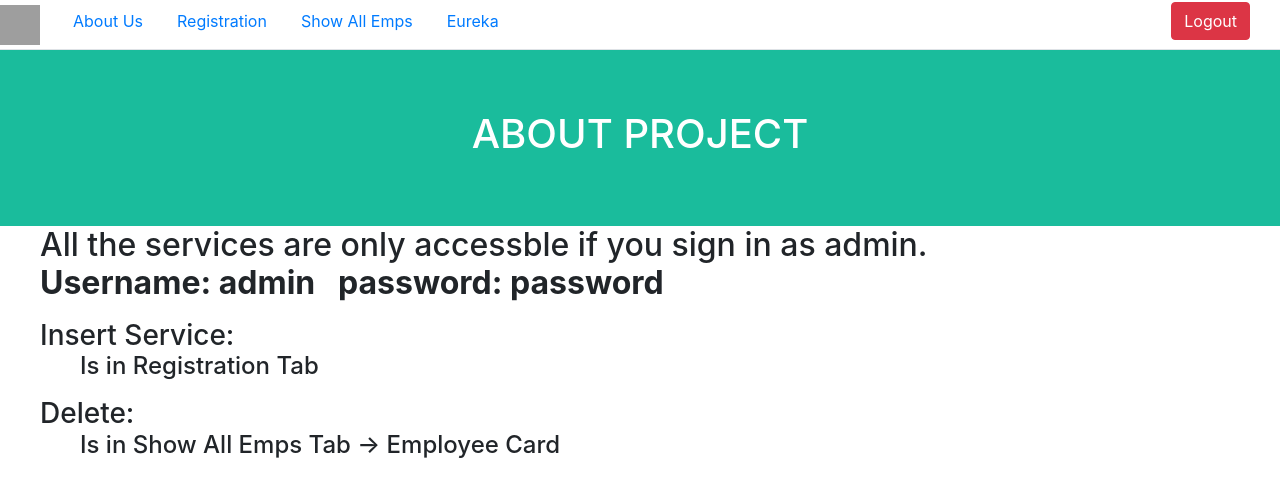
Repository: Shwetank-Chaudhary/EmployeeManagement-
Page: HomePage/src/main/webapp/AboutUs.html
The author's editor kept a copy of each file at every save. The page is drawn from the files as they stood at one save, then again after the next save.
The browser window is 1280 px wide. The pictures show the whole page.
Pictures or frames that could not be fetched are drawn as grey boxes.

Above is the page before, as saved 2024-01-01 17:16:34.

After the next save:
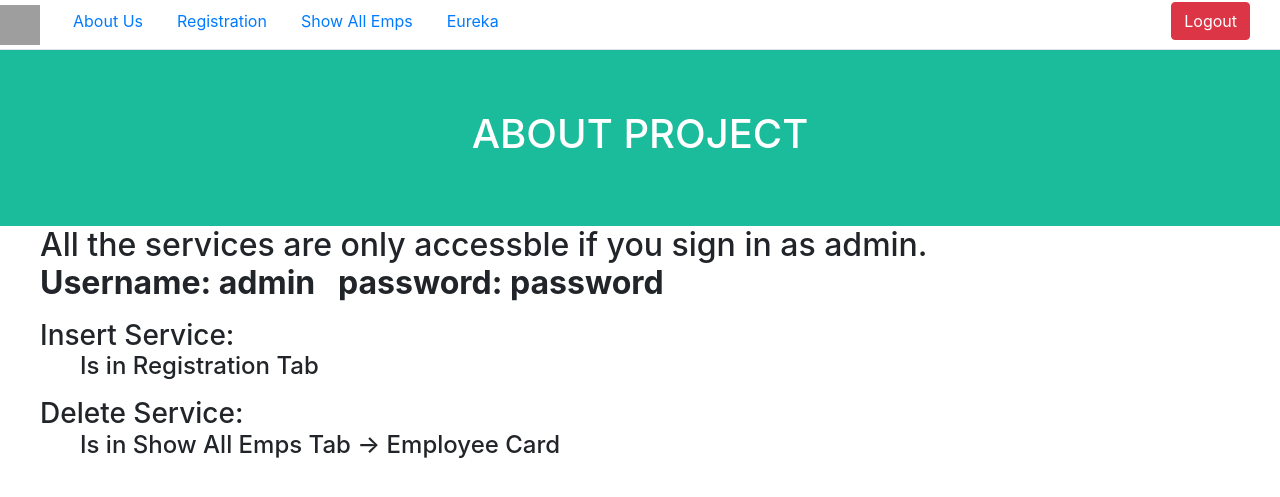
Saved 14 s later.
--- a/HomePage/src/main/webapp/AboutUs.html
+++ b/HomePage/src/main/webapp/AboutUs.html
@@ -62,7 +62,7 @@
 		</h3>
 
 		<h3>
-			<ul>Delete:
+			<ul>Delete Service:
 			<h4><ul>Is in Show All Emps Tab -> Employee Card</ul></h4>
 		</h3>
 		</div>
